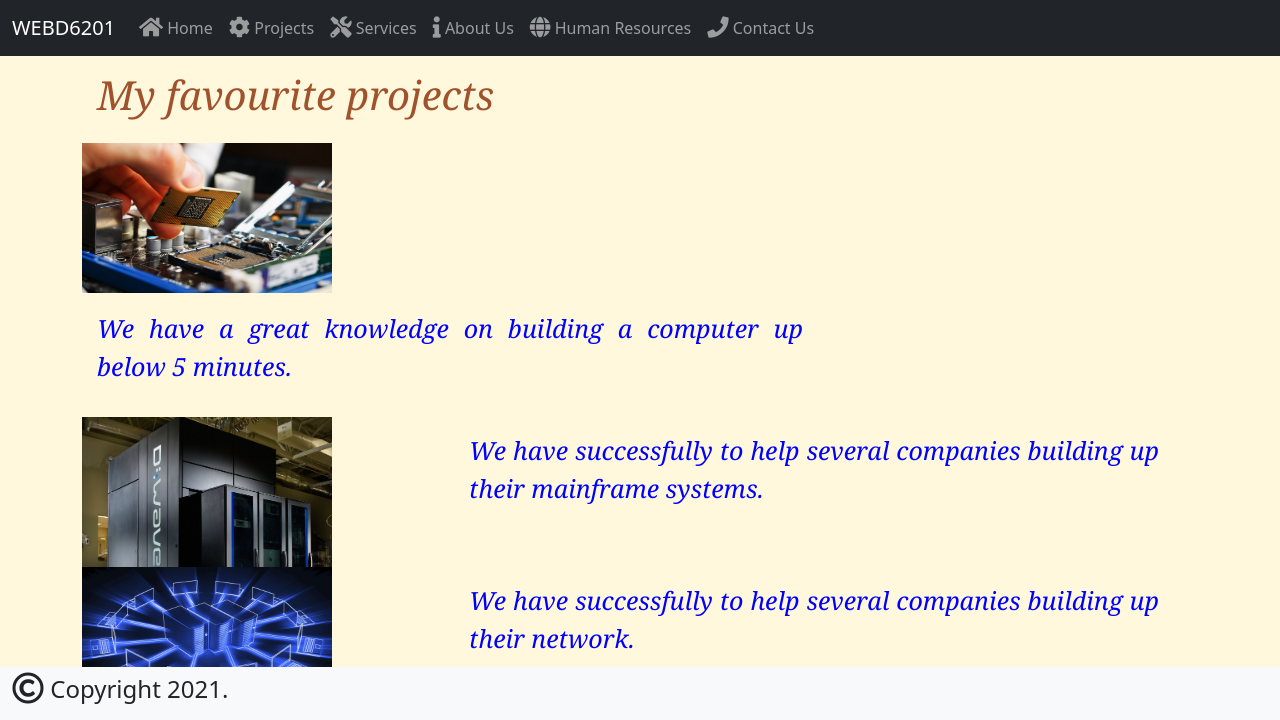
Repository: YiuWingLau/WEBD6201-W2021-Lab1
Page: projects.html
These files come from the project's save history. The page is drawn as it stood at one moment and after the next save; the edit follows.
The browser window is 1280 px wide. The pictures show the whole page.

Above is the page before, as saved 2021-02-04 21:47:50.

### projects.html
<!DOCTYPE html>
<html lang="en">
<head>
    <meta charset="UTF-8">
    <meta name="viewport" content="width=device-width, initial-scale=1.0">
    <title>Projects</title>

    <!--CSS Section -->
    <link rel="stylesheet" href="./node_modules/bootstrap/dist/css/bootstrap.min.css">
    <link rel="stylesheet" href="./node_modules/@fortawesome//fontawesome-free/css/all.min.css">
    <link rel="stylesheet" href="./Content/app.css">
</head>
<body>
    <!-- Main Header-->
    <header>
      <!-- Main Navigation-->
      <nav class="navbar navbar-expand-lg navbar-dark bg-dark">
          <div class="container-fluid">
            <a class="navbar-brand" href="index.html">WEBD6201</a>
            <button class="navbar-toggler" type="button" data-bs-toggle="collapse" data-bs-target="#navbarSupportedContent" aria-controls="navbarSupportedContent" aria-expanded="false" aria-label="Toggle navigation">
              <span class="navbar-toggler-icon"></span>
            </button>
            <div class="collapse navbar-collapse" id="navbarSupportedContent">
              <ul class="navbar-nav me-auto mb-2 mb-lg-0">

                <li id="navBarIndex" class="nav-item">
                  <a class="nav-link" aria-current="page" href="index.html"><i class="fas fa-home fa-lg"></i> Home</a>
                </li>

                <li id="navBarProjects" class="nav-item">
                  <a class="nav-link active" aria-current="page" href="products.html"><i class="fas fa-cog fa-lg"></i> Products</a>
                </li>

                <li id="navBarServices" class="nav-item">
                  <a class="nav-link" aria-current="page" href="services.html"><i class="fas fa-tools fa-lg"></i> Services</a>
                </li>

                <li id="navBarAboutUs" class="nav-item">
                  <a class="nav-link" aria-current="page" href="about.html"><i class="fas fa-info fa-lg"></i> About Us</a>
                </li>

                <li id="navBarContactUs" class="nav-item">
                  <a class="nav-link" aria-current="page" href="contact.html"><i class="fas fa-phone fa-lg"></i> Contact Us</a>
                </li>

              </ul>
            </div>
          </div>
      </nav>
    </header>
    <!-- Main Content -->
    <main class="container">
    </main>

    <!-- Main Footer -->
    <footer>
        <nav class="navbar fixed-bottom navbar-light bg-light">
            <div class="container-fluid">
              <h4><i class="far fa-copyright fa-lg"></i> Copyright 2021.</a></h4>
            </div>
        </nav>
    </footer>
    <!-- JavaScript Section -->
    <script src="./node_modules/jquery/dist/jquery.min.js"></script>
    <script src="./node_modules/bootstrap/dist/js/bootstrap.bundle.min.js"></script>
    <script src="./Scripts/app.js"></script>
</body>
</html>

### Content/app.css
h1 {
    padding: 15px;
    color: sienna;
    font-family: Cambria, Cochin, Georgia, Times, 'Times New Roman', serif;
    font-style: italic;
}

p {
    padding: 15px;
    color: blue;
    font-family:Cambria, Cochin, Georgia, Times, 'Times New Roman', serif;
    font-style: italic;
    font-size: 25px;
    text-align: justify;
}

body {
    background-color: cornsilk;
}

#homePicture {
    width: 1000px;
    height: 600px;
}

#favImage {

    width: 250px;
    height: 150px;
}

### Scripts/app.js
/* custom JavaScript goes here */

//IIFE - Immediately Invoked Function Expression
//AKA - Anonymous Self-Executing Function
//Closure - limits scope leak

"use strict";

(function()
{
    function displayHome()
    {
      // create heading element
      let homeHeading = document.createElement("h1");
      // configure the element
      homeHeading.setAttribute("id", "homeHeading");
      homeHeading.textContent = "Welcome to WEBD6201";
      // select the parent element
      let mainContent = document.getElementsByTagName("main")[0];
      // Add / Insert the element
      mainContent.appendChild(homeHeading);

      // inject the background image to the home pageinject the background image to the home page
        let myhomebackground = document.createElement("img");
        myhomebackground.setAttribute("id", "homePicture");
        myhomebackground.setAttribute("src", "./images/homepagebackground.jpg");
        myhomebackground.setAttribute("alt", "Computer Programmer");
        mainContent.appendChild(myhomebackground);

        // inject the first paragraph to the home page
        let newParagraph = document.createElement("p");
        newParagraph.setAttribute("id", "paragraphTwo");
        newParagraph.textContent = "We provide the best programming service for you...";
        mainContent.appendChild(newParagraph);
    }

    function displayAbout()
    {
        //create new element Human Resources
        let myPicture = document.createElement("img");
        myPicture.setAttribute("id", "myImage");
        myPicture.setAttribute("src", "./images/img_me.jpg");
        myPicture.setAttribute("alt", "Nelson Lau");
        myPicture.setAttribute("width", "192");
        myPicture.setAttribute("height", "108");

        // Step 1. document.createElement
        let ParagraphOne = document.createElement("p");
        // Step 2. configure the element
        ParagraphOne.setAttribute("id", "myIntroduction");
        ParagraphOne.textContent = "Here are my favourite projects.";
        // Step 3. select the parent element
        let mainContent = document.getElementsByTagName("main")[0];
        mainContent.appendChild(myPicture);
        // Step 4. Add / Insert the element
        mainContent.appendChild(ParagraphOne);
        ParagraphOne.className = "fs-lg";

    }

    function displayProjects()
    {
      // create and add heading to Projects page
      let projectHeading = document.createElement("h1");
      projectHeading.setAttribute("id", "projectHeading");
      projectHeading.textContent = " My favourite projects";
      let mainContent = document.getElementsByTagName("main")[0];
      mainContent.appendChild(projectHeading);


      // create favorite projects element div tag
      let project = document.createElement("table");
      project.setAttribute("class", "container");
      project.setAttribute("id", "project");
      mainContent.appendChild(project);

      // create & insert 1st favorite project detail
      let projectOne = document.createElement("tr");
      projectOne.setAttribute("class", "row");
      projectOne.setAttribute("id", "projectOne");
      projectOne.innerHTML = `<td><img id="favImage" src="./images/hardware.jpg" alt="computer hardware"></td>
                              <td class="col-8"><p> We have a great knowledge on building a computer up below 5 minutes.</p></td>`;
      project.appendChild(projectOne);

      // create & insert 2nd favorite project detail
      let projectTwo = document.createElement("div");
      projectTwo.setAttribute("class", "row");
      projectTwo.setAttribute("id", "projectTwo");
      projectTwo.innerHTML = `<div class="row"><div class="col-4"><img id="favImage" src="./images/mainframe.jpg" alt="mainframe development"></div>
                              <div class="col-8"><p> We have successfully to help several companies building up their mainframe systems.</p></div></div><div></div>`;
      project.appendChild(projectTwo);

      // create & insert 2nd favorite project detail
      let projectThree = document.createElement("div");
      projectThree.setAttribute("class", "row");
      projectThree.setAttribute("id", "projectThree");
      projectThree.innerHTML = `<div class="row"><div class="col-4"><img id="favImage" src="./images/networking.jpg" alt="computer networking"></div>
                                <div class="col-8"><p> We have successfully to help several companies building up their network.</p></div></div><div></div>`;
      project.appendChild(projectThree);
    }

    function displayHumanResources()
    {

    }

    function displayServices()
    {

        // another way of injecting content
        let paragraphDiv = document.createElement("div");
        let paragraphThree = `<p id="paragraphThree" class="fs-7 fw-bold">And this is the Third Paragraph</p>`;
        paragraphDiv.innerHTML = paragraphThree;

        // insertions

        // example of inserting before a node
        // newParagraph.before(paragraphDiv);

        // example of inserting after a node
        newParagraph.after(paragraphDiv);

        // deletions

        // example of removing a single element
        //paragraphOneElement.remove();

        // example of removeChild
       // mainContent.removeChild(paragraphOneElement);
        // update / modification
        //mainContent.firstElementChild.textContent = "Welcome Home!";
    }

    function displayContact()
    {
        let messageArea = document.getElementById("messageArea");
        messageArea.hidden = true;

        // form validation
        let fullName = document.getElementById("fullName");
        fullName.addEventListener("blur", function() {
            if(fullName.value.length < 2)
            {
                fullName.focus();
                fullName.select();
                messageArea.hidden = false;
                messageArea.className = "alert alert-danger";
                messageArea.textContent = "Please enter an appropriate Name";
            }
            else
            {
                messageArea.removeAttribute("class");
                messageArea.hidden = true;
            }
        });

        let sendButton = document.getElementById("sendButton");
        sendButton.addEventListener("click", function(event){
            //event.preventDefault();

            let contact = new Contact(fullName.value, contactNumber.value, emailAddress.value);

            if(contact.serialize())
            {
              localStorage.setItem((localStorage.length + 1).toString(), contact.serialize());
            }

        });
    }

    function displayContactList()
    {
      if (localStorage.length > 0)
      {
        let contactList = document.getElementById("contactList");

        let data = "";

        for (let index = 0; index < localStorage.length; index++)
        {
          let contactData = localStorage.getItem((index + 1).toString());

          let contact = new Contact();
          contact.deserialize(contactData);

          data += `<tr>
          <th scope="row">${index + 1}</th>
          <td>${contact.FullName}</td>
          <td>${contact.ContactNumber}</td>
          <td>${contact.EmailAddress}</td>
        </tr>`;
        }

        contactList.innerHTML = data;
      }
    }

    // function to correct the wrong link and text content in navigation bar
    function changeNavBarName()
    {
        let navName = document.getElementById("navBarProjects");
        navName.innerHTML = `<a class='nav-link' aria-current='page' href='projects.html'><i class="fas fa-cog fa-lg"></i> Projects</a>`;
    }

    // function to add Human Resource element to Nav Bar between About Us and Contact Us
    function addNewNavBarElement()
    {
        //create new element Human Resources
        let newListElement = document.createElement("li");
        newListElement.setAttribute("id", "navBarHumanResources");
        newListElement.setAttribute("class", "nav-item");
        newListElement.innerHTML = `<a class='nav-link' aria-current='page' href='Human-Resources.html'><i class="fas fa-globe fa-lg"></i> Human Resources</a>`;
        // append new element after About Us
        let aboutUsListElement = document.getElementById("navBarAboutUs");
        aboutUsListElement.after(newListElement);
    }

    function Start()
    {
        console.log("App Started...");

        changeNavBarName();

        addNewNavBarElement();

        switch (document.title)
        {
          case "Home":
              displayHome();
            break;
          case "About":
              displayAbout();
            break;
          case "Projects":
              displayProjects();
            break;
          case "Human Resources":
              displayHumanResources();
            break;
          case "Services":
              displayServices();
            break;
          case "Contact":
              displayContact();
            break;
          case "Contact-List":
            displayContactList();
          break;
        }

    }

    window.addEventListener("load", Start);

})();

Loaded but not shown: node_modules/bootstrap/dist/css/bootstrap.min.css (library); node_modules/@fortawesome/fontawesome-free/css/all.min.css (library); node_modules/jquery/dist/jquery.min.js (library); node_modules/bootstrap/dist/js/bootstrap.bundle.min.js (library)

After the next save:
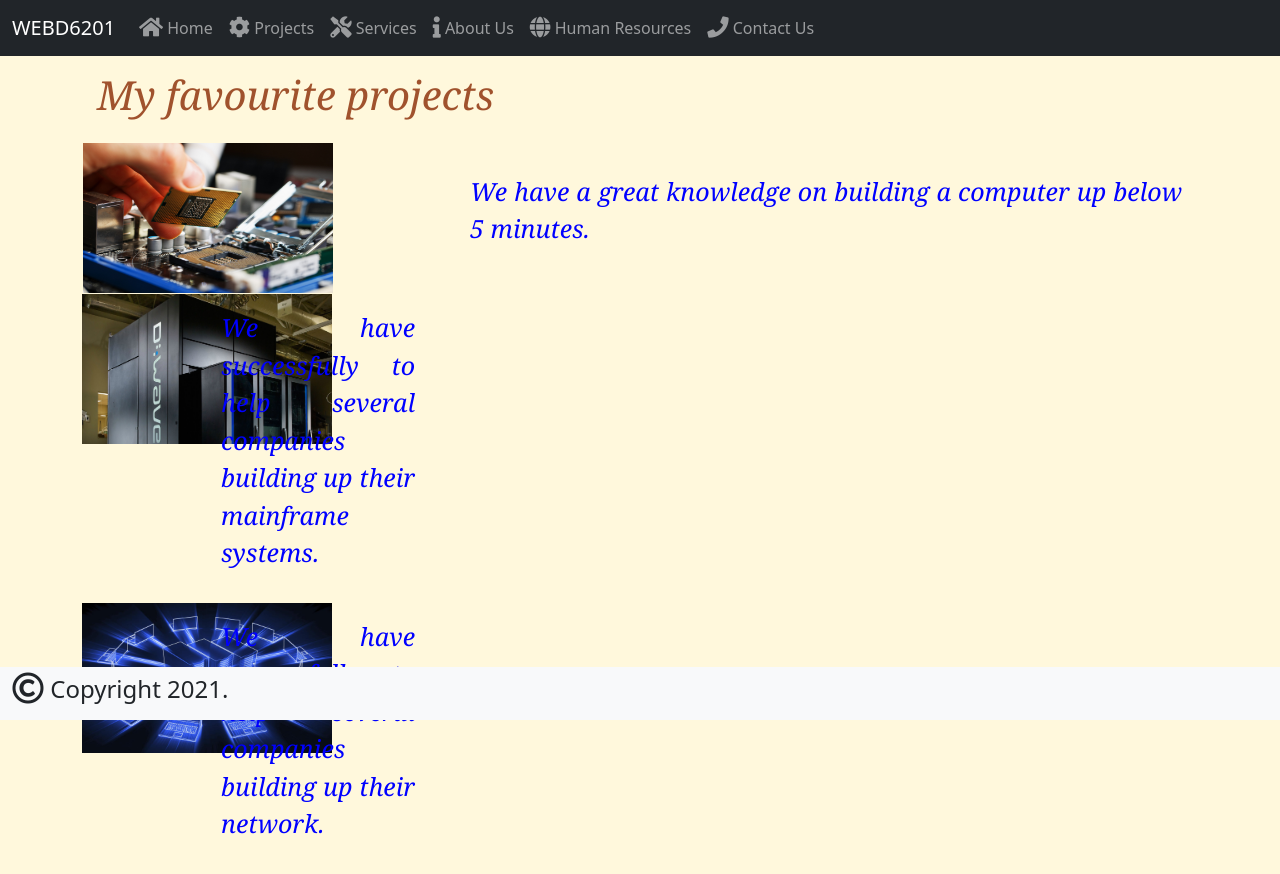
Saved 2 min 56 s later.
--- a/Scripts/app.js
+++ b/Scripts/app.js
@@ -70,13 +70,13 @@
 
       // create favorite projects element div tag
       let project = document.createElement("table");
-      project.setAttribute("class", "container");
+      //project.setAttribute("class", "container");
       project.setAttribute("id", "project");
       mainContent.appendChild(project);
 
       // create & insert 1st favorite project detail
       let projectOne = document.createElement("tr");
-      projectOne.setAttribute("class", "row");
+      //projectOne.setAttribute("class", "row");
       projectOne.setAttribute("id", "projectOne");
       projectOne.innerHTML = `<td><img id="favImage" src="./images/hardware.jpg" alt="computer hardware"></td>
                               <td class="col-8"><p> We have a great knowledge on building a computer up below 5 minutes.</p></td>`;
